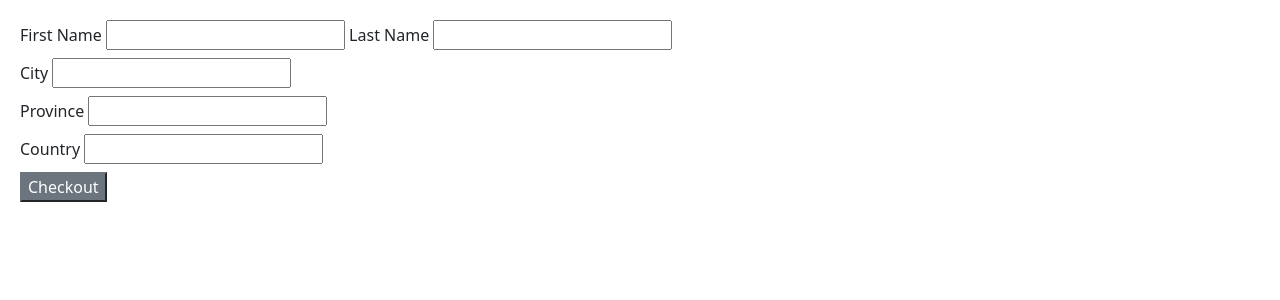
Repository: Flatbook/sliced_bread
Page: http://localhost/checkout
The author's editor kept a copy of each file at every save. The page is drawn from the files as they stood at one save, then again after the next save.
The browser window is 1280 px wide. The pictures show the whole page.
Some web libraries are served in a nearby version. The page is served by the project's application, run on Flask 3 (app.py).

Above is the page before, as saved 2021-05-15 23:59:25.

### flask_project/templates/checkout.html
{% extends "layout.html" %}
{% block content %}

<form method = "POST" action ="{{ url_for('checkout')}}" style="padding: 20px 20px;">
	{{ form. csrf_token }}
	{{ form.name.label(class ="form-label")}}

	{{ form.name (class ="form-label") }}

	{{ form.lname.label (class ="form-label") }}
	{{ form.lname (class ="form-label") }}
</br>

	{{ form.city.label (class ="form-label")}}
	{{ form.city (class ="form-label") }}
</br>

	{{ form.state.label (class ="form-label")}}
	{{ form.state (class ="form-label") }}
</br>

	{{ form.country.label (class ="form-label") }}
	{{ form.country (class ="form-label") }}
</br>

	{{ form.submit (class ="btn-secondary") }}
</form>

<!-- {% if name %}
	<h1>Hello {{ name }}!!</h1>
	<br/>
	<img src="{{ url_for('static', filename='images/NorthPeak.png')}}" width=1100>
	<br/><br/>
	<p id="demo">This is stuff...</p>

<script src="{{ url_for('static', filename='js/myfile.js')}}"></script>


{% else %}
	<h1>What's Your Name?</h1>
	<br/>
	<form method="POST">
		{{ form.hidden_tag() }}

		{{ form.name.label(class="form-label") }}

		{{ form.name(class="form-control") }}
		<br/>

		{{ form.submit(class="btn btn-secondary") }}


	</form>



{% endif %}

{% endblock %} -->

### flask_project/templates/layout.html
<!DOCTYPE html>
<html lang="en">
<head>
    <meta charset="UTF-8">
    <meta http-equiv="X-UA-Compatible" content="IE=edge">
    <meta name="viewport" content="width=device-width, initial-scale=1.0">
    <!-- <link rel = "stylesheet" href="{{ url_for('static', filename='css/main.css') }}"> -->
    <link href="https://cdn.jsdelivr.net/npm/bootstrap@5.0.1/dist/css/bootstrap.min.css" rel="stylesheet" integrity="sha384-+0n0xVW2eSR5OomGNYDnhzAbDsOXxcvSN1TPprVMTNDbiYZCxYbOOl7+AMvyTG2x" crossorigin="anonymous">
    <title>Greatest Beverage </title>
</head>
<body>
    {% block content %} {% endblock %}

 <!-- Optional JavaScript -->
    <!-- jQuery first, then Popper.js, then Bootstrap JS -->
    <script src="https://code.jquery.com/jquery-3.2.1.slim.min.js" integrity="sha384-KJ3o2DKtIkvYIK3UENzmM7KCkRr/rE9/Qpg6aAZGJwFDMVNA/GpGFF93hXpG5KkN" crossorigin="anonymous"></script>
    <script src="https://cdnjs.cloudflare.com/ajax/libs/popper.js/1.12.9/umd/popper.min.js" integrity="sha384-ApNbgh9B+Y1QKtv3Rn7W3mgPxhU9K/ScQsAP7hUibX39j7fakFPskvXusvfa0b4Q" crossorigin="anonymous"></script>
    <script src="https://maxcdn.bootstrapcdn.com/bootstrap/4.0.0/js/bootstrap.min.js" integrity="sha384-JZR6Spejh4U02d8jOt6vLEHfe/JQGiRRSQQxSfFWpi1MquVdAyjUar5+76PVCmYl" crossorigin="anonymous"></script>
</body>
</html>

### flask_project/app.py
from flask import Flask, render_template
from form import checkoutForm
import os
app = Flask(__name__)

imagesFolder = os.path.join('static','images')

app.config['SECRET_KEY'] = "my secret key"
app.config['UPLOAD_FOLDER'] =imagesFolder


drinks =[{
    'title' : 'Sonder Sparkle Mojito',
    'description': 'A bit of sparkle and cheer come together flawlessly in this festive mocktail.'

},
{
    'title': 'French 75 Mocktail',
    'description': 'With the same taste profile of a classic French 75 — think lemon juice and a splash of bitters — this mocktail will energize your evening.'
}
]

@app.route("/")
def hello_world():
    drink2 = os.path.join(app.config['UPLOAD_FOLDER'],'drink2.jpg')
    return render_template('home.html',drinks=drinks,user_image = drink2)

@app.route("/btform")
def btform():
    return render_template('btform.html')

@app.route("/checkout",methods =['GET','POST'])
def checkout():
    name = None
    lname = None
    form = checkoutForm()
    #  #validate form
    if form.validate_on_submit():
        return 'Dear {}, your order for {} drinks is placed Succesfully.'.format(form.name.data,form.lname.data)
    return render_template("checkout.html",
     name=name,form = form)




if __name__ == '__main__':
    app.run(debug=True)

### flask_project/form.py
from flask_wtf import FlaskForm
from wtforms import StringField, SubmitField,IntegerField
from wtforms.validators import DataRequired

class checkoutForm(FlaskForm):
    name = StringField("First Name", validators = [DataRequired()])
    lname = StringField("Last Name",validators=[DataRequired()])
    city = StringField("City",validators=[DataRequired()])
    state = StringField("Province",validators=[DataRequired()])
    country = StringField("Country",validators=[DataRequired()])
    total = IntegerField("Number of items",validators=[DataRequired()],default = "2")
    submit = SubmitField("Checkout")

After the next save:
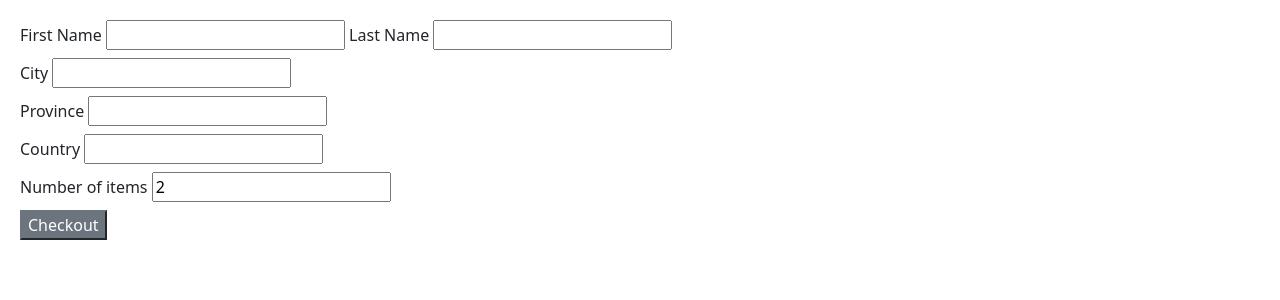
Saved 27 s later.
--- a/flask_project/templates/checkout.html
+++ b/flask_project/templates/checkout.html
@@ -21,6 +21,10 @@
 
 	{{ form.country.label (class ="form-label") }}
 	{{ form.country (class ="form-label") }}
+</br>
+
+	{{ form.total.label (class ="form-label") }}
+	{{ form.total (class ="form-label") }}
 </br>
 
 	{{ form.submit (class ="btn-secondary") }}
